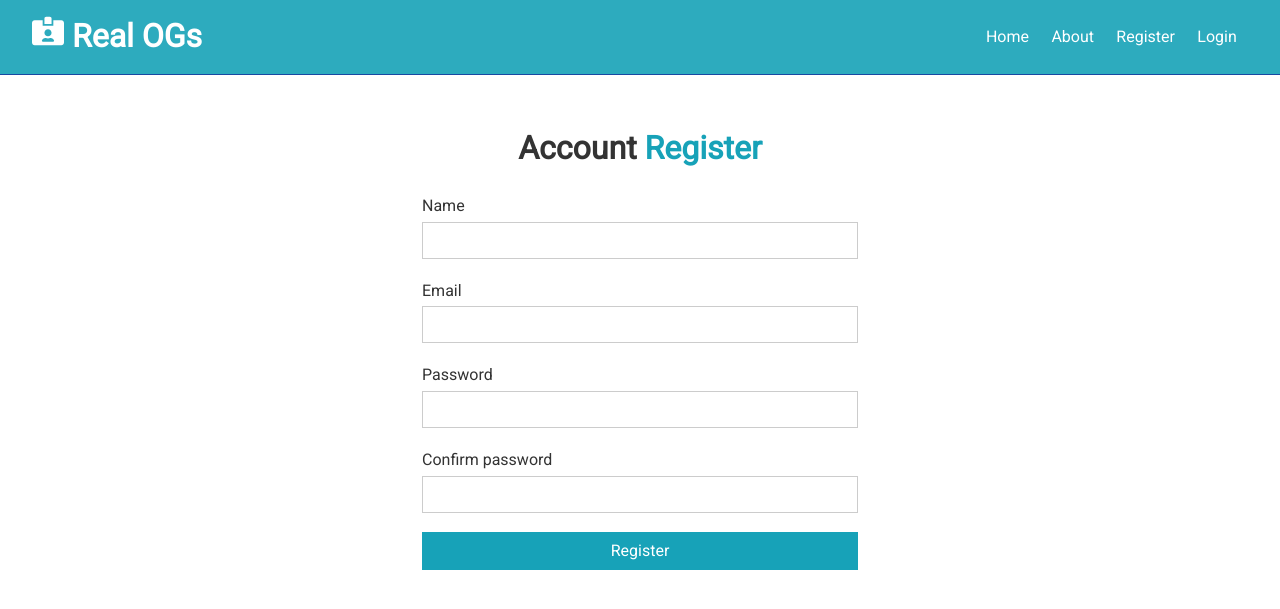
Repository: aaronmatei/contact-keeper
Page: /register (app in client/)
These files come from the project's save history. The page is drawn as it stood at one moment and after the next save; the edit follows.
The browser window is 1280 px wide. The pictures show the whole page.
The project was rebuilt for these pictures with package versions that can differ from the ones it lists, and the page was loaded fresh each time. A package was used in the major version that the imports need, not the one package.json lists. Also part of the build but not shown: client/src/components/contacts/ContactItem.jsx, client/src/components/contacts/Contacts.jsx, client/src/components/contacts/ContactForm.jsx, client/src/components/contacts/ContactFilter.jsx, client/src/components/pages/Home.jsx, client/src/components/pages/About.jsx, client/src/components/auth/Login.jsx, client/src/components/layout/Alerts.jsx.

Above is the page before, as saved 2019-12-02 18:31:16.

### client/public/index.html
<!DOCTYPE html>
<html lang="en">
  <head>
    <meta charset="utf-8" />
    <link rel="icon" href="%PUBLIC_URL%/favicon.ico" />
    <meta name="viewport" content="width=device-width, initial-scale=1" />
    <meta name="theme-color" content="#000000" />
    <meta
      name="description"
      content="Web site created using create-react-app"
    />
    <link rel="apple-touch-icon" href="logo192.png" />
    <!--
      manifest.json provides metadata used when your web app is installed on a
      user's mobile device or desktop. See https://developers.google.com/web/fundamentals/web-app-manifest/
    -->
    <link rel="manifest" href="%PUBLIC_URL%/manifest.json" />
    <!--
      Notice the use of %PUBLIC_URL% in the tags above.
      It will be replaced with the URL of the `public` folder during the build.
      Only files inside the `public` folder can be referenced from the HTML.

      Unlike "/favicon.ico" or "favicon.ico", "%PUBLIC_URL%/favicon.ico" will
      work correctly both with client-side routing and a non-root public URL.
      Learn how to configure a non-root public URL by running `npm run build`.
    -->
    <title>Real OGs</title>
  </head>
  <body>
    <noscript>You need to enable JavaScript to run this app.</noscript>
    <div id="root"></div>
    <!--
      This HTML file is a template.
      If you open it directly in the browser, you will see an empty page.

      You can add webfonts, meta tags, or analytics to this file.
      The build step will place the bundled scripts into the <body> tag.

      To begin the development, run `npm start` or `yarn start`.
      To create a production bundle, use `npm run build` or `yarn build`.
    -->
  </body>
</html>

### client/src/App.css
@import url('https://fonts.googleapis.com/css?family=Roboto');

/* Global Styles */
:root {
  --primary-color: #003699;
  --dark-color: #333333;
  --light-color: #f4f4f4;
  --danger-color: #dc3545;
  --success-color: #28a745;
  --info-color: #17a2b8;
}

* {
  box-sizing: border-box;
  margin: 0;
  padding: 0;
}

body {
  font-family: 'Roboto', sans-serif;
  font-size: 1rem;
  line-height: 1.6;
  background-color: #fff;
  color: #333;
}

a {
  color: var(--primary-color);
  text-decoration: none;
}

a:hover {
  color: #666;
}

ul {
  list-style: none;
}

img {
  width: 100%;
}

/* Utilities */
.container {
  max-width: 1100px;
  margin: auto;
  overflow: hidden;
  padding: 0 2rem;
}

/* Text Styles*/
.x-large {
  font-size: 4rem;
  line-height: 1.2;
  margin-bottom: 1rem;
}

.large {
  font-size: 3rem;
  line-height: 1.2;
  margin-bottom: 1rem;
}

.lead {
  font-size: 1.5rem;
  margin-bottom: 1rem;
}

.text-center {
  text-align: center;
}

.text-primary {
  color: var(--primary-color);
}

.text-info {
  color: var(--info-color);

}

.text-dark {
  color: var(--dark-color);
}

.text-center {
  text-align: center;
}

.text-right {
  text-align: right;
}

.text-left {
  text-align: left;
}

/* Cards */
.card {
  padding: 1rem;
  border: #ccc 1px dotted;
  margin: 0.7rem 0;
}

/* List */
.list {
  margin: 0.5rem 0;
}

.list li {
  padding-bottom: 0.3rem;
}

/* Padding */
.p {
  padding: 0.5rem;
}

.p-1 {
  padding: 1rem;
}

.p-2 {
  padding: 2rem;
}

.p-3 {
  padding: 3rem;
}

.py {
  padding: 0.5rem 0;
}

.py-1 {
  padding: 1rem 0;
}

.py-2 {
  padding: 2rem 0;
}

.py-3 {
  padding: 3rem 0;
}

/* Margin */
.m {
  margin: 0.5rem;
}

.m-1 {
  margin: 1rem;
}

.m-2 {
  margin: 2rem;
}

.m-3 {
  margin: 3rem;
}

.my {
  margin: 0.5rem 0;
}

.my-1 {
  margin: 1rem 0;
}

.my-2 {
  margin: 2rem 0;
}

.my-3 {
  margin: 3rem 0;
}

/* Grid */
.grid-2 {
  display: grid;
  grid-template-columns: repeat(2, 1fr);
  grid-gap: 2rem;
}

.grid-3 {
  display: grid;
  grid-template-columns: repeat(3, 1fr);
  grid-gap: 1rem;
}

.grid-4 {
  display: grid;
  grid-template-columns: repeat(4, 1fr);
  grid-gap: 2rem;
}

.grid-2-3 {
  display: grid;
  grid-template-columns: 2fr 3fr;
  grid-gap: 2rem;
}

.btn {
  display: inline-block;
  background: var(--light-color);
  color: #333;
  padding: 0.4rem 1.3rem;
  font-size: 1rem;
  border: none;
  cursor: pointer;
  margin-right: 0.5rem;
  transition: opacity 0.2s ease-in;
  outline: none;
}

.btn-link {
  background: none;
  padding: 0;
  margin: 0;
}

.btn-block {
  display: block;
  width: 100%;
}

.btn-sm {
  font-size: 0.8rem;
  padding: 0.3rem 1rem;
  margin-right: 0.2rem;
}

.badge {
  font-size: 0.8rem;
  padding: 0.2rem 0.7rem;
  text-align: center;
  margin: 0.3rem;
  background: var(--light-color);
  color: #333;
  border-radius: 5px;
}

.alert {
  padding: 0.7rem;
  margin: 1rem 0;
  opacity: 0.9;
  background: var(--light-color);
  color: #333;
}

.btn-primary,
.bg-primary,
.badge-primary,
.alert-primary {
  background: var(--primary-color);
  color: #fff;
}

.bg-info {
  background: var(--info-color);
  color: #fff;
}

.btn-light,
.bg-light,
.badge-light,
.alert-light {
  background: var(--light-color);
  color: #333;
}

.btn-dark,
.bg-dark,
.badge-dark,
.alert-dark {
  background: var(--dark-color);
  color: #fff;
}

.btn-danger,
.bg-danger,
.badge-danger,
.alert-danger {
  background: var(--danger-color);
  color: #fff;
}

.btn-success,
.bg-success,
.badge-success,
.alert-success {
  background: var(--success-color);
  color: #fff;
}

.btn-info {
  background: var(--info-color);
  color: #fff;

}

.btn-white,
.bg-white,
.badge-white,
.alert-white {
  background: #fff;
  color: #333;
  border: #ccc solid 1px;
}

.btn:hover {
  opacity: 0.8;
}

.bg-light,
.badge-light {
  border: #ccc solid 1px;
}

.round-img {
  border-radius: 50%;
}

/* Forms */
input {
  margin: 1.2rem 0;
}

.form-text {
  display: block;
  margin-top: 0.3rem;
  color: #888;
}

input[type='text'],
input[type='email'],
input[type='password'],
input[type='date'],
select,
textarea {
  display: block;
  width: 100%;
  padding: 0.4rem;
  font-size: 1.2rem;
  border: 1px solid #ccc;
}

input[type='submit'],
button {
  font: inherit;
}

.form-group {
  margin: 1.2rem 0;
}

.form-group input {
  margin: 0.2rem 0;
}

.form-container {
  max-width: 500px;
  margin: 2rem auto;
  overflow: hidden;
  padding: 0 2rem;
}

.form-container h1,
h2,
h3 {
  text-align: center;
}

table th,
table td {
  padding: 1rem;
  text-align: left;
}

table th {
  background: var(--light-color);
}

/* Navbar */
.navbar {
  display: flex;
  justify-content: space-between;
  align-items: center;
  padding: 0.7rem 2rem;
  z-index: 1;
  width: 100%;
  border-bottom: solid 1px var(--primary-color);
  opacity: 0.9;
  margin-bottom: 1rem;
}

.navbar ul {
  display: flex;
}

.navbar a {
  color: #fff;
  padding: 0.45rem;
  margin: 0 0.25rem;
}

.navbar a:hover {
  color: var(--light-color);
}

.navbar .welcome span {
  margin-right: 0.6rem;
}

/* Animation (Add After) */
.item-enter {
  opacity: 0;
}

.item-enter-active {
  opacity: 1;
  transition: opacity 1000ms ease-in;
}

.item-exit {
  opacity: 1;
}

.item-exit-active {
  opacity: 0;
  transition: opacity 1000ms ease-in;
}

/* Mobile Styles */
@media (max-width: 700px) {
  .hide-sm {
    display: none;
  }

  .grid-2,
  .grid-3,
  .grid-4 {
    grid-template-columns: 1fr;
  }

  /* Text Styles */
  .x-large {
    font-size: 3rem;
  }

  .large {
    font-size: 2rem;
  }

  .lead {
    font-size: 1rem;
  }

  /* Navbar */
  .navbar {
    display: block;
    text-align: center;
  }

  .navbar h1 {
    margin-bottom: 0.6rem;
  }

  .navbar ul {
    text-align: center;
    justify-content: center;
  }
}

### client/src/components/layout/Navbar.jsx
import React, { Fragment, useContext } from 'react';
import PropTypes from 'prop-types';
import { Link } from 'react-router-dom';
import { FaIdCardAlt, FaSignOutAlt } from 'react-icons/fa';
import AuthContext from '../../context/auth/authContext';

const Navbar = ({ title, icon }) => {
	const authContext = useContext(AuthContext);
	const { isAuthenticated, logoutUser, user } = authContext;
	const authLinks = (
		<Fragment>
			<li>Helloo {user && user.name}</li>
			<li>
				<a href='#!'>
					<FaSignOutAlt /> <span className='hide-sm'>Log out</span>
				</a>
			</li>
		</Fragment>
	);
	return (
		<div className='navbar bg-info'>
			<h1>
				<FaIdCardAlt /> {title}
			</h1>
			<ul>
				<li>
					<Link to='/'>Home</Link>
				</li>
				<li>
					<Link to='/about'>About</Link>
				</li>
				<li>
					<Link to='/register'>Register</Link>
				</li>
				<li>
					<Link to='/login'>Login</Link>
				</li>
			</ul>
		</div>
	);
};
Navbar.propTypes = {
	title: PropTypes.string.isRequired,
	icon: PropTypes.object,
};
Navbar.defaultProps = {
	title: 'Real OGs',
	icon: <FaIdCardAlt />,
};
export default Navbar;

### client/src/context/contact/ContactState.jsx
import React, { useReducer } from 'react';
import uuid from 'uuid';
import ContactReducer from './contactReducer';
import ContactContext from './contactContext';
import {
	ADD_CONTACT,
	DELETE_CONTACT,
	SET_CURRENT,
	CLEAR_CURRENT,
	UPDATE_CONTACT,
	FILTER_CONTACTS,
	CLEAR_FILTER,
} from '../types';

const ContactState = props => {
	const initialState = {
		contacts: [
			{
				type: 'personal',
				id: '1',
				name: 'keysha Tee',
				email: 'keyshatee@gmail.com',
				phone: '0701586620',
				user: '5de016e2c052b23c794864df',
				date: '2019-11-28T20:17:03.092Z',
			},
			{
				type: 'professional',
				id: '2',
				name: 'Saronique Smith',
				email: 'saronique@gmail.com',
				phone: '0712345678',
				user: '5de016e2c052b23c794864df',
				date: '2019-11-28T20:16:11.208Z',
			},
			{
				type: 'personal',
				id: '3',
				name: 'Will Smith',
				email: 'willsmith@gmail.com',
				phone: '0798765432',
				user: '5de016e2c052b23c794864df',
				date: '2019-11-28T20:16:11.208Z',
			},
			{
				type: 'professional',
				id: '4',
				name: 'John Smith',
				email: 'johnsmith@gmail.com',
				phone: '07289366478',
				user: '5de016e2c052b23c794864df',
				date: '2019-11-28T20:16:11.208Z',
			},
		],
		current: null,
		filtered: null,
	};

	const [state, dispatch] = useReducer(ContactReducer, initialState);
	// Add contact
	const addContact = contact => {
		contact.id = uuid.v4();
		dispatch({
			type: ADD_CONTACT,
			payload: contact,
		});
	};
	// Delete contact
	const deleteContact = id => {
		dispatch({
			type: DELETE_CONTACT,
			payload: id,
		});
	};
	// Set Current contact
	const setCurrent = contact => {
		dispatch({
			type: SET_CURRENT,
			payload: contact,
		});
	};
	// Clear current Contact
	const clearCurrent = () => {
		dispatch({
			type: CLEAR_CURRENT,
			payload: null,
		});
	};
	// Update Contact
	const updateContact = contact => {
		dispatch({
			type: UPDATE_CONTACT,
			payload: contact,
		});
	};
	// Filter contacts
	const filterContacts = text => {
		dispatch({
			type: FILTER_CONTACTS,
			payload: text,
		});
	};
	//Clear filter
	const clearFilter = () => {
		dispatch({
			type: CLEAR_FILTER,
			payload: null,
		});
	};
	return (
		<ContactContext.Provider
			value={{
				contacts: state.contacts,
				current: state.current,
				addContact,
				deleteContact,
				setCurrent,
				clearCurrent,
				updateContact,
				filtered: state.filtered,
				filterContacts,
				clearFilter,
			}}
		>
			{props.children}
		</ContactContext.Provider>
	);
};

export default ContactState;

### client/src/context/auth/AuthState.jsx
import React, { useReducer } from 'react';
import axios from 'axios';
import authReducer from './authReducer';
import AuthContext from './authContext';
import setAuthToken from '../../utils/setAuthToken';
import {
	REGISTER_SUCCESS,
	REGISTER_FAIL,
	USER_LOADED,
	AUTH_ERROR,
	LOGIN_SUCCESS,
	LOGIN_FAIL,
	LOGOUT,
	CLEAR_ERRORS,
} from '../types';

const AuthState = props => {
	const initialState = {
		token: localStorage.getItem('token'),
		isAuthenticated: null,
		loading: true,
		user: null,
		error: null,
	};

	const [state, dispatch] = useReducer(authReducer, initialState);
	// Load user
	const loadUser = async () => {
		// Load token to global headers
		if (localStorage.token) {
			setAuthToken(localStorage.token);
		}
		try {
			const res = await axios.get('/api/auth');
			dispatch({
				type: USER_LOADED,
				payload: res.data,
			});
		} catch (err) {
			dispatch({
				type: AUTH_ERROR,
			});
		}
	};
	// Register user
	const registerUser = async formData => {
		const config = {
			headers: {
				'Content-Type': 'application/json',
			},
		};
		try {
			const res = await axios.post('/api/users', formData, config);
			dispatch({
				type: REGISTER_SUCCESS,
				payload: res.data,
			});
			loadUser();
		} catch (err) {
			dispatch({
				type: REGISTER_FAIL,
				payload: err.response.data.msg,
			});
		}
	};
	// Login user
	const loginUser = async formData => {
		const config = {
			headers: {
				'Content-Type': 'application/json',
			},
		};
		try {
			const res = await axios.post('/api/auth', formData, config);
			dispatch({
				type: LOGIN_SUCCESS,
				payload: res.data,
			});
			loadUser();
		} catch (err) {
			dispatch({
				type: LOGIN_FAIL,
				payload: err.response.data.msg,
			});
		}
	};
	// Log out
	const logOut = () => {
		console.log('Log Out');
	};
	// clear errors
	const clearErrors = () =>
		dispatch({
			type: CLEAR_ERRORS,
		});
	return (
		<AuthContext.Provider
			value={{
				token: state.token,
				isAuthenticated: state.isAuthenticated,
				loading: state.loading,
				user: state.user,
				error: state.error,
				registerUser,
				loadUser,
				loginUser,
				logOut,
				clearErrors,
			}}
		>
			{props.children}
		</AuthContext.Provider>
	);
};

export default AuthState;

### client/src/components/auth/Register.jsx
import React, { useState, useContext, useEffect } from 'react';
import AlertContext from '../../context/alert/alertContext';
import AuthContext from '../../context/auth/authContext';

const Register = props => {
	const alertContext = useContext(AlertContext);
	const authContext = useContext(AuthContext);
	const { setAlert } = alertContext;
	const { registerUser, error, clearErrors, isAuthenticated } = authContext;

	useEffect(() => {
		if (isAuthenticated) {
			props.history.push('/');
		}
		if (error === 'User with that email already exists') {
			setAlert(error, 'danger');
			clearErrors();
		}
		// eslint-disable-next-line
	}, [error, isAuthenticated, props.history]);

	const [user, setUser] = useState({
		name: '',
		email: '',
		password: '',
		password2: '',
	});

	const { name, email, password, password2 } = user;
	const onChange = e =>
		setUser({
			...user,
			[e.target.name]: e.target.value,
		});
	const onSubmit = e => {
		e.preventDefault();

		if (name === '' || email === '' || password === '') {
			setAlert('Please enter all fields', 'danger');
		} else if (password !== password2) {
			setAlert('Passwords must match', 'danger');
		} else {
			registerUser({
				name,
				email,
				password,
			});
		}
	};

	return (
		<div className='form-container'>
			<h1>
				Account <span className='text-info'>Register</span>
			</h1>
			<form onSubmit={onSubmit}>
				<div className='form-group'>
					<label htmlFor='name'>Name</label>
					<input type='text' name='name' id='' value={name} onChange={onChange} required />
				</div>
				<div className='form-group'>
					<label htmlFor='name'>Email</label>
					<input type='email' name='email' id='' value={email} onChange={onChange} required />
				</div>
				<div className='form-group'>
					<label htmlFor='name'>Password</label>
					<input
						type='password'
						name='password'
						id=''
						value={password}
						onChange={onChange}
						required
						minLength='6'
					/>
				</div>
				<div className='form-group'>
					<label htmlFor='name'>Confirm password</label>
					<input
						type='password'
						name='password2'
						id=''
						value={password2}
						onChange={onChange}
						required
						minLength='6'
					/>
				</div>
				<input type='submit' value='Register' className='btn btn-info btn-block' />
			</form>
		</div>
	);
};
export default Register;

### client/src/context/alert/AlertState.jsx
import React, { useReducer } from 'react';
import uuid from 'uuid';
import alertReducer from './alertReducer';
import AlertContext from './alertContext';
import { SET_ALERT, REMOVE_ALERT } from '../types';

const AlertState = props => {
	const initialState = [];

	const [state, dispatch] = useReducer(alertReducer, initialState);
	// Set alert
	const setAlert = (msg, type, timeout = 5000) => {
		const id = uuid.v4();
		dispatch({
			type: SET_ALERT,
			payload: { msg, type, id },
		});
		setTimeout(
			() =>
				dispatch({
					type: REMOVE_ALERT,
					payload: id,
				}),
			timeout
		);
	};

	return (
		<AlertContext.Provider
			value={{
				alerts: state,
				setAlert,
			}}
		>
			{props.children}
		</AlertContext.Provider>
	);
};

export default AlertState;

### client/src/utils/setAuthToken.jsx
import axios from 'axios';

const setAuthToken = token => {
	if (token) {
		axios.defaults.headers.common['x-auth-token'] = token;
	} else {
		delete axios.defaults.headers.common['x-auth-token'];
	}
};

export default setAuthToken;

### client/src/context/auth/authContext.jsx
import { createContext } from 'react';
const authContext = createContext();
export default authContext;

### client/src/context/contact/contactReducer.jsx
import {
	ADD_CONTACT,
	DELETE_CONTACT,
	SET_CURRENT,
	CLEAR_CURRENT,
	UPDATE_CONTACT,
	FILTER_CONTACTS,
	CLEAR_FILTER,
} from '../types';

export default (state, action) => {
	switch (action.type) {
		case ADD_CONTACT:
			return {
				...state,
				contacts: [...state.contacts, action.payload],
			};
		case UPDATE_CONTACT:
			return {
				...state,
				contacts: state.contacts.map(contact => (contact.id === action.payload.id ? action.payload : contact)),
			};
		case DELETE_CONTACT:
			return {
				...state,
				contacts: state.contacts.filter(contact => contact.id !== action.payload),
			};
		case SET_CURRENT:
			return {
				...state,
				current: action.payload,
			};
		case CLEAR_CURRENT:
			return {
				...state,
				current: action.payload,
			};
		case FILTER_CONTACTS:
			return {
				...state,
				filtered: state.contacts.filter(contact => {
					const regex = new RegExp(`${action.payload}`, 'gi');
					return contact.name.match(regex) || contact.name.match(regex);
				}),
			};
		case CLEAR_FILTER:
			return {
				...state,
				filtered: action.payload,
			};
		default:
			return state;
	}
};

### client/src/context/contact/contactContext.jsx
import { createContext } from 'react';
const ContactContext = createContext();

export default ContactContext;

### client/src/context/types.jsx
export const GET_CONTACTS = 'GET_CONTACTS';
export const ADD_CONTACT = 'ADD_CONTACT';
export const DELETE_CONTACT = 'DELETE_CONTACT';
export const SET_CURRENT = 'SET_CURRENT';
export const CLEAR_CURRENT = 'CLEAR_CURRENT';
export const UPDATE_CONTACT = 'UPDATE_CONTACT';
export const FILTER_CONTACTS = 'FILTER_CONTACTS';
export const CLEAR_CONTACTS = 'CLEAR_CONTACTS';
export const CLEAR_FILTER = 'CLEAR_FILTER';
export const CONTACT_ERROR = 'CONTACT_ERROR';
export const SET_ALERT = 'SET_ALERT';
export const REMOVE_ALERT = 'REMOVE_ALERT';
export const REGISTER_SUCCESS = 'REGISTER_SUCCESS';
export const REGISTER_FAIL = 'REGISTER_FAIL';
export const USER_LOADED = 'USER_LOADED';
export const AUTH_ERROR = 'AUTH_ERROR';
export const LOGIN_SUCCESS = 'LOGIN_SUCCESS';
export const LOGIN_FAIL = 'LOGIN_FAIL';
export const LOGOUT = 'LOGOUT';
export const CLEAR_ERRORS = 'CLEAR_ERRORS';

### client/src/context/auth/authReducer.jsx
import {
	REGISTER_SUCCESS,
	REGISTER_FAIL,
	USER_LOADED,
	AUTH_ERROR,
	LOGIN_SUCCESS,
	LOGIN_FAIL,
	LOGOUT,
	CLEAR_ERRORS,
} from '../types';
import { type } from 'os';

export default (state, action) => {
	switch (action.type) {
		case USER_LOADED:
			return {
				...state,
				isAuthenticated: true,
				loading: false,
				user: action.payload,
			};
		case REGISTER_SUCCESS:
		case LOGIN_SUCCESS:
			localStorage.setItem('token', action.payload.token);
			return {
				...state,
				...action.payload,
				isAuthenticated: true,
				loading: false,
			};
		case REGISTER_FAIL:
		case AUTH_ERROR:
		case LOGIN_FAIL:
			localStorage.removeItem('token');
			return {
				...state,
				token: null,
				isAuthenticated: false,
				loading: false,
				user: null,
				error: action.payload,
			};
		case CLEAR_ERRORS:
			return {
				...state,
				error: null,
			};
		default:
			return state;
	}
};

### client/src/context/alert/alertContext.jsx
import { createContext } from 'react';
const alertContext = createContext();
export default alertContext;

### client/src/context/alert/alertReducer.jsx
import { SET_ALERT, REMOVE_ALERT } from '../types';

export default (state, action) => {
	switch (action.type) {
		case SET_ALERT:
			return [...state, action.payload];

		case REMOVE_ALERT:
			return state.filter(alert => alert.id !== action.payload);
		default:
			return state;
	}
};

Loaded but not shown: client/src/index.js (common file); client/src/App.js (44 lines, source omitted)

After the next save:
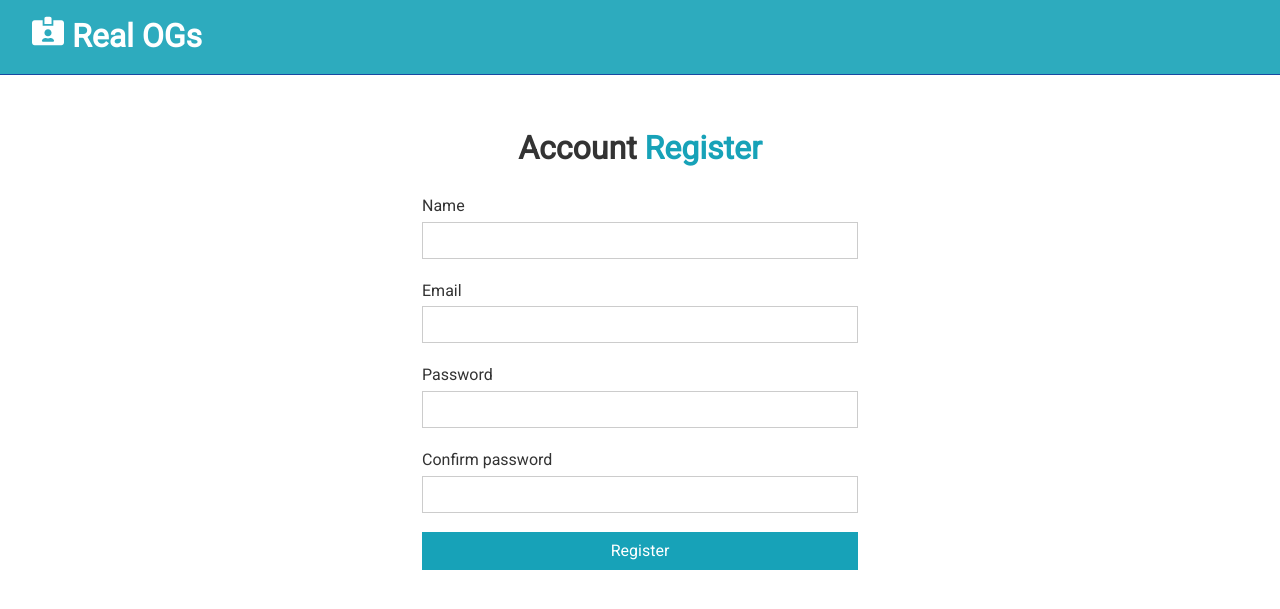
Saved 113 s later.
--- a/client/src/components/layout/Navbar.jsx
+++ b/client/src/components/layout/Navbar.jsx
@@ -22,20 +22,7 @@
 			<h1>
 				<FaIdCardAlt /> {title}
 			</h1>
-			<ul>
-				<li>
-					<Link to='/'>Home</Link>
-				</li>
-				<li>
-					<Link to='/about'>About</Link>
-				</li>
-				<li>
-					<Link to='/register'>Register</Link>
-				</li>
-				<li>
-					<Link to='/login'>Login</Link>
-				</li>
-			</ul>
+			<ul></ul>
 		</div>
 	);
 };

After the 5 saves that followed:
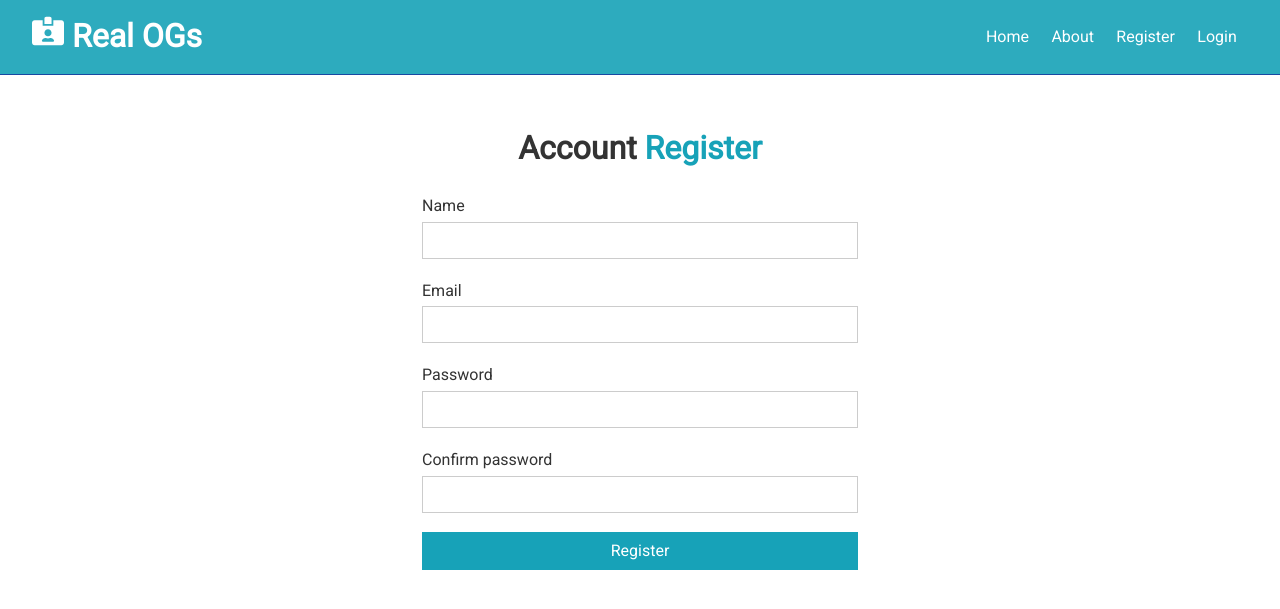
The 5 saves are shown as one change because 4 left the picture as it was.
The last was saved 2 min 44 s later.
--- a/client/src/components/layout/Navbar.jsx
+++ b/client/src/components/layout/Navbar.jsx
@@ -11,9 +11,31 @@
 		<Fragment>
 			<li>Helloo {user && user.name}</li>
 			<li>
+				<Link to='/'>Home</Link>
+			</li>
+			<li>
+				<Link to='/about'>About</Link>
+			</li>
+			<li>
 				<a href='#!'>
 					<FaSignOutAlt /> <span className='hide-sm'>Log out</span>
 				</a>
+			</li>
+		</Fragment>
+	);
+	const guestLinks = (
+		<Fragment>
+			<li>
+				<Link to='/'>Home</Link>
+			</li>
+			<li>
+				<Link to='/about'>About</Link>
+			</li>
+			<li>
+				<Link to='/register'>Register</Link>
+			</li>
+			<li>
+				<Link to='/login'>Login</Link>
 			</li>
 		</Fragment>
 	);
@@ -22,7 +44,7 @@
 			<h1>
 				<FaIdCardAlt /> {title}
 			</h1>
-			<ul></ul>
+			<ul>{isAuthenticated ? authLinks : guestLinks}</ul>
 		</div>
 	);
 };
